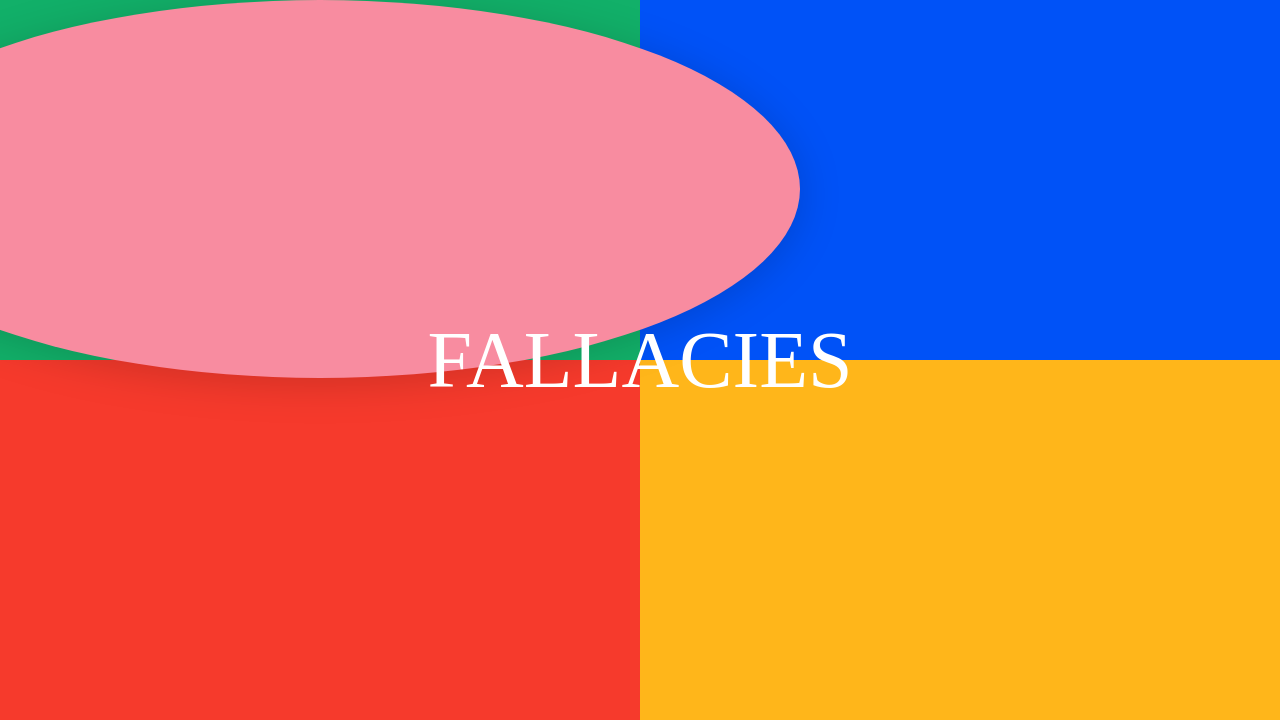
Repository: yafugray/fallacies
Page: project/Midterm project/index.html
The author's editor kept a copy of each file at every save. The page is drawn from the files as they stood at one save, then again after a run of saves.
The browser window is 1280 px wide. The pictures show the whole page.

Above is the page before, as saved 2020-03-12 19:17:06.

After the next 2 saves:
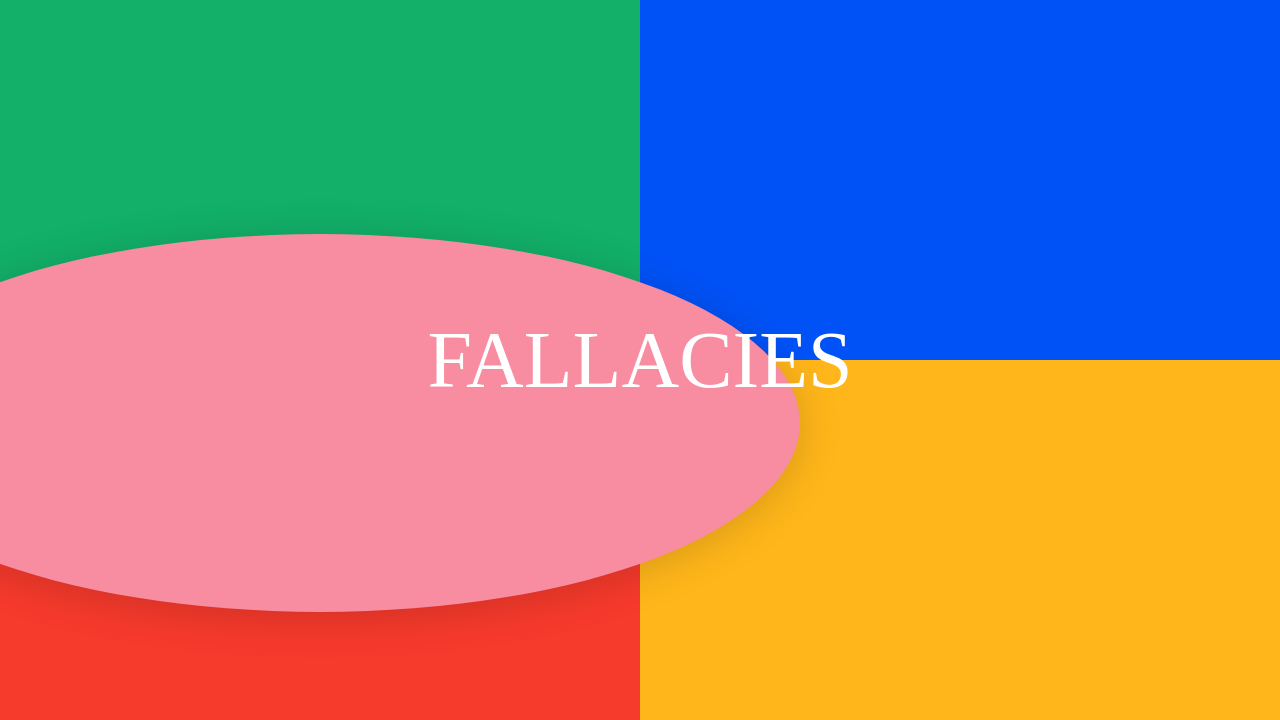
The 2 saves are shown as one change because they came seconds apart.
The last was saved 24 s later.
--- a/project/Midterm project/app.css
+++ b/project/Midterm project/app.css
@@ -62,8 +62,8 @@
 
 #group1 {
     position: relative;
-	height: 100vh;
-	/* height: 35vh; */
+	/* height: 100vh; */
+	height: 35vh;
     /* left: 25%;
     right: 25%;
     top: 25%;
